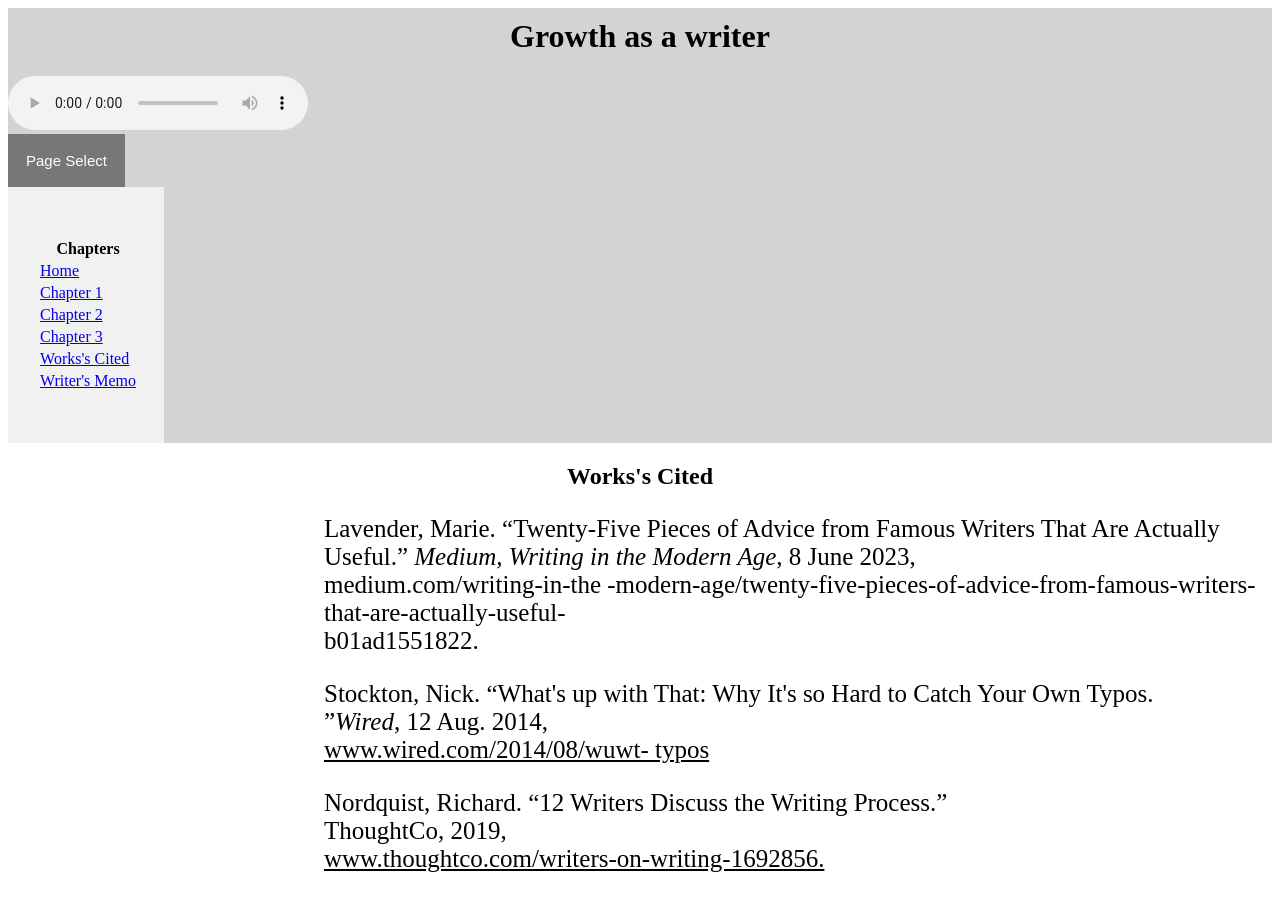
Repository: jpaisiem/WP-4
Page: WorksCited.html
An editor plug-in stored every save of this project. The page is shown before and after a run of saves, followed by the edit.
The browser window is 1280 px wide. The pictures show the whole page.

Above is the page before, as saved 2025-05-01 12:27:13.
Console error: TypeError: Cannot read properties of undefined (reading 'toggle')

### WorksCited.html
<!DOCTYPE html>
<html>
<head>
<meta name="viewport" content="width=device-width, initial-scale=1">
<style>
.collapsible {
  background-color: #777;
  color: white;
  cursor: pointer;
  padding: 18px;
  width: fit-content;
  border: none;
  text-align: left;
  outline: none;
  font-size: 15px;
}

.active, .collapsible:hover {
  background-color: #555;
}

.content {
  display: flex;
  flex-direction: column;
  overflow: hidden;
  background-color: #f1f1f1;
  width: fit-content;
  height: fit-content;
  padding-left: 2.3%;
  padding-right: 2%;
}
p
{
 font-size: 25px;
 text-align: left;
 margin-left:25%;
}
li
{
 font-size: 25px;
 text-align: left;
 margin-left: 5%;

}
</style>
<title>Growth as a writer - Chapter 3</title>
</head>
<body>
    <div style="background-color: lightgray; display: flex; flex-direction: column; margin-top: 0%;">
        <h1 style="text-align: center; background-color: lightgray; padding-top: 10px; margin-top: 0%;">Growth as a writer</h1>
        <div style="align-items: center;">
        <audio controls>
            <source src="audio.mp3" type="audio/mpeg">
        </audio>
        </div>
<button type="button" class="collapsible">Page Select</button>
<div class="content">
  <p><table>
    <tr>
        <th>Chapters</th>
    </tr>
    <tr>
        <td><a href="index.html">Home</a></td>
    </tr>
    <tr>
        <td><a href="Chapter1.html">Chapter 1</a></td>
    </tr>
     <tr>
        <td><a href="Chapter2.html">Chapter 2</a></td>
    </tr>
    <tr>
        <td><a href="Chapter3.html">Chapter 3</a></td>
    </tr>
    <tr>
        <td><a href="WorksCited.html">Works&apos;s Cited</a></td>
    </tr>
    <tr>
        <td><a href="WritersMemo.html">Writer&apos;s Memo</a></td>
    </tr>
  </table></p>
</div>
    </div>
<div style="text-align: center;">
     <h2 style="text-align: center;">Works&apos;s Cited</h2>
     <p>
    Lavender, Marie. <q>Twenty-Five Pieces of Advice from Famous Writers That Are Actually <br>
    Useful.</q> <i>Medium, Writing in the Modern Age</i>, 8 June 2023,<br><a src="">medium.com/writing-in-the
    -modern-age/twenty-five-pieces-of-advice-from-famous-writers-that-are-actually-useful-<br>
    b01ad1551822.</a></><br>
</p>
<p>
     Stockton, Nick. <q>What&apos;s up with That: Why It&apos;s so Hard to Catch Your Own
     Typos.<br></q><i>Wired</i>, 12 Aug. 2014, <br><u>www.wired.com/2014/08/wuwt-
     typos</u><br>
</p>
<p>
  Nordquist, Richard. <q>12 Writers Discuss the Writing Process.</q> <br>ThoughtCo, 2019,<br> <u>www.thoughtco.com/writers-on-writing-1692856.</u>
</p>
</div>
<script>
var coll = document.getElementsByClassName("collapsible");
var i;

for (i = 0; i < coll.length; i++) {
  coll[i].addEventListener("click", function() {
    this.classList.toggle("active");
    var content = this.nextElementSibling;
    if (content.style.display === "block") {
      content.style.display = "none";
    } else {
      content.style.display = "block";
    }
  });
}
if(location.reload){
    this.classList.toggle("collapsible");
}
</script>

</body>
</html>

After the next 2 saves:
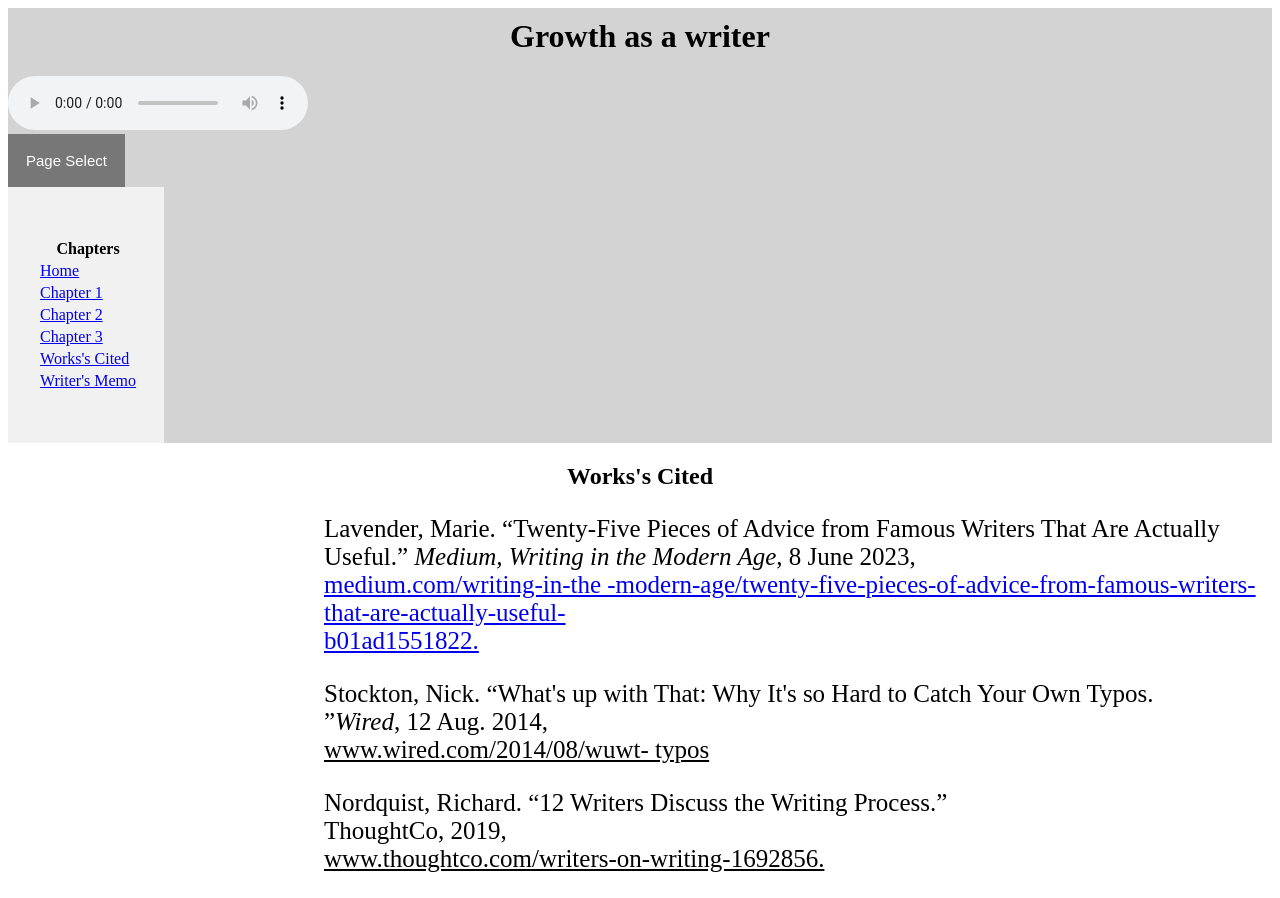
The 2 saves are shown as one change because they came seconds apart.
The last was saved 27 s later.
--- a/WorksCited.html
+++ b/WorksCited.html
@@ -84,7 +84,7 @@ li
      <h2 style="text-align: center;">Works&apos;s Cited</h2>
      <p>
     Lavender, Marie. <q>Twenty-Five Pieces of Advice from Famous Writers That Are Actually <br>
-    Useful.</q> <i>Medium, Writing in the Modern Age</i>, 8 June 2023,<br><a src="">medium.com/writing-in-the
+    Useful.</q> <i>Medium, Writing in the Modern Age</i>, 8 June 2023,<br><a href="https://medium.com/writing-in-the-modern-age/twenty-five-pieces-of-advice-from-famous-writers-that-are-actually-useful-b01ad1551822">medium.com/writing-in-the
     -modern-age/twenty-five-pieces-of-advice-from-famous-writers-that-are-actually-useful-<br>
     b01ad1551822.</a></><br>
 </p>
